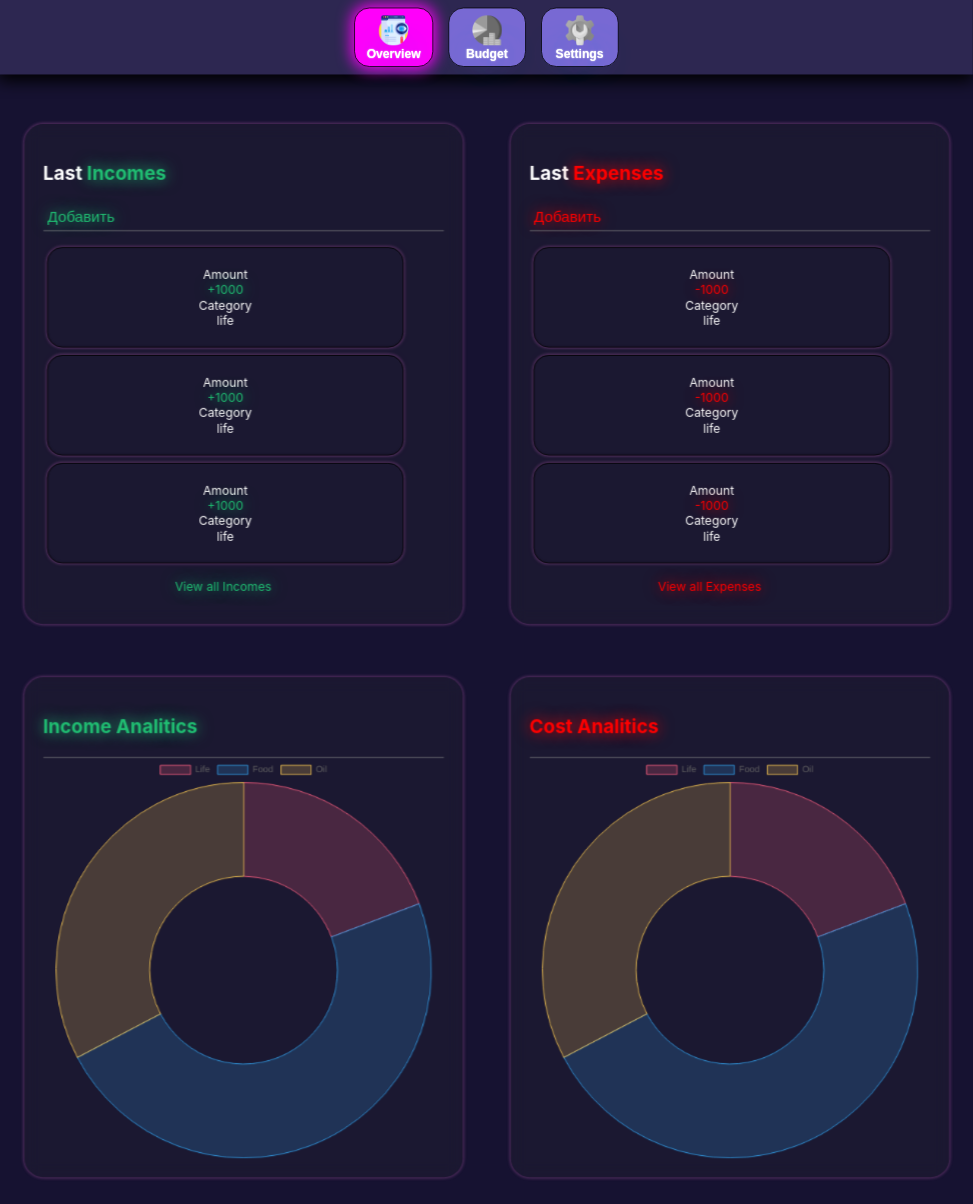
Repository: Minkeani/Money-Manager
Page: /Overview
An editor plug-in stored every save of this project. The page is shown before and after the next save, followed by the edit.
The browser window is 1280 px wide. The pictures show the whole page, at 76% of full size.
The project was rebuilt for these pictures with package versions that can differ from the ones it lists, and the page was loaded fresh each time. Also part of the build but not shown: src/components/Budget/Budget.module.css, src/components/Budget/Budget.jsx, src/components/Settings/Settings.jsx, src/components/NotFound/NotFound.module.css, src/components/NotFound/NotFound.jsx.

Above is the page before, as saved 2022-07-17 19:04:49.

After the next save:
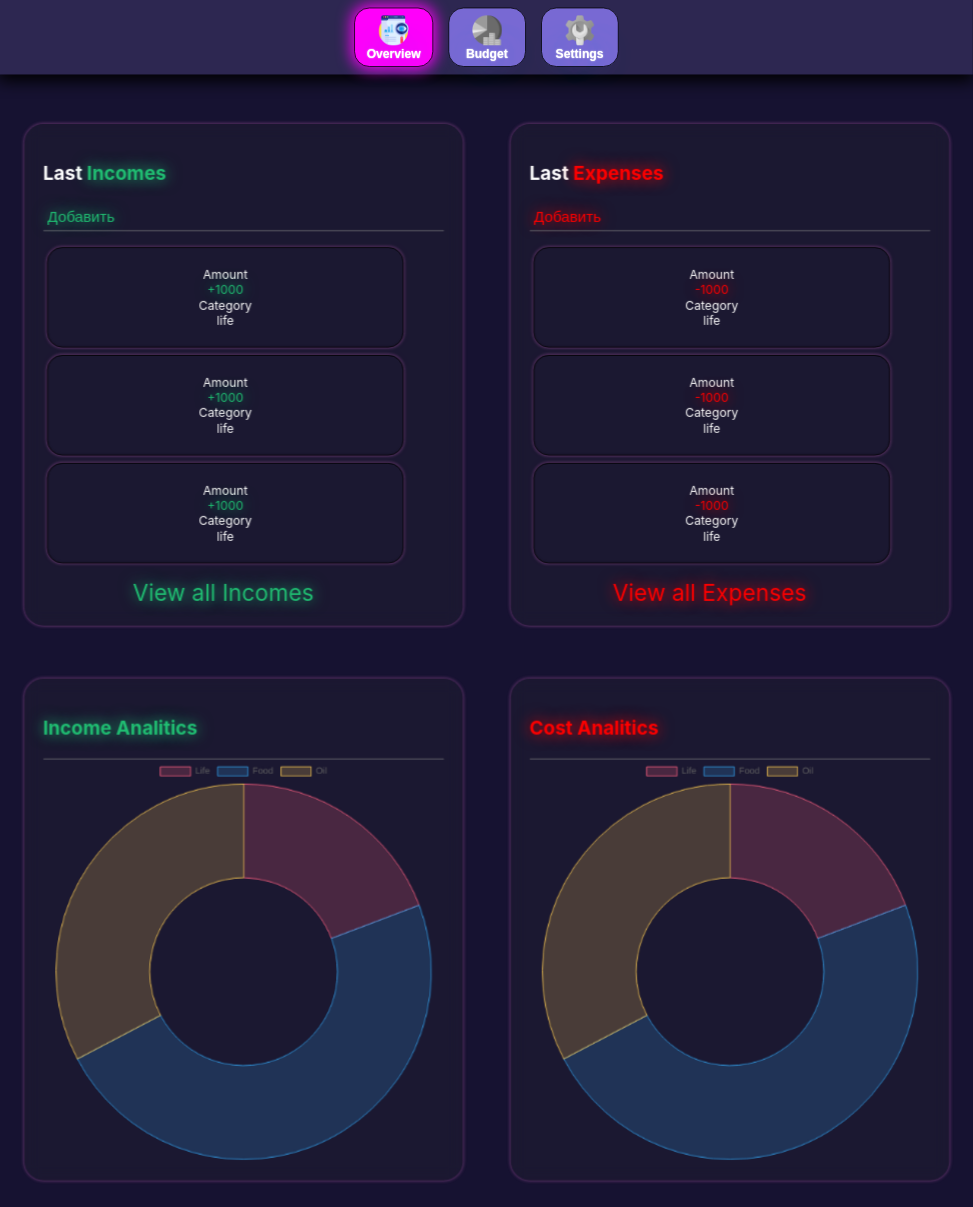
Saved 13 s later.
--- a/src/components/OverviewBlocks/OverviewBlock/Overview.module.css
+++ b/src/components/OverviewBlocks/OverviewBlock/Overview.module.css
@@ -73,5 +73,5 @@
     align-items: center;
     justify-content: center;
     width: 90%;
-
+    font-size: 30px;
 }
